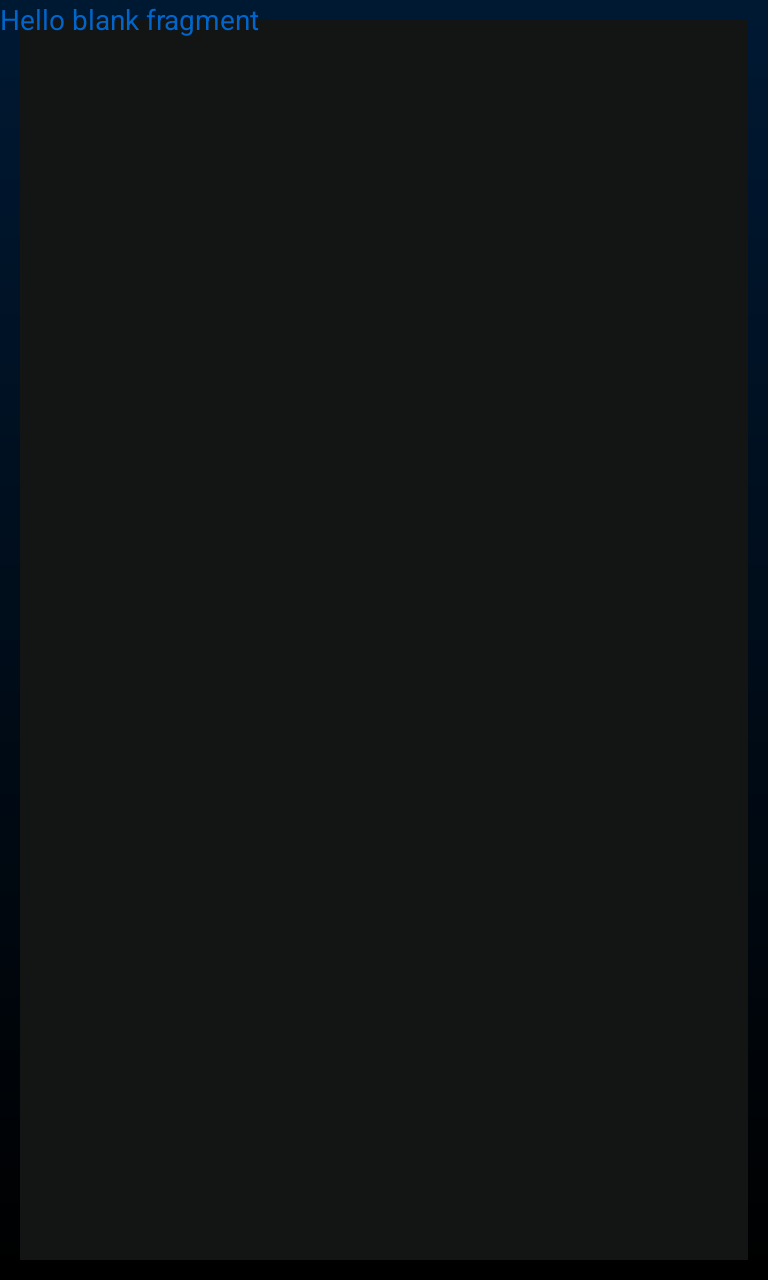
Repository: jasleen1291/B2BMobileApplication
Layout: Mobile E Commerce/B2B/res/layout/fragment_my_supplier.xml
An editor plug-in stored every save of this project. The layout is shown before and after the next save, followed by the edit.
It is drawn on a 768 x 1280 px phone screen (xhdpi) without system bars, with theme mycustomtheme; the app's code is not run.

Above is the layout before, as saved 2013-05-28 12:02:02.

After the next save:
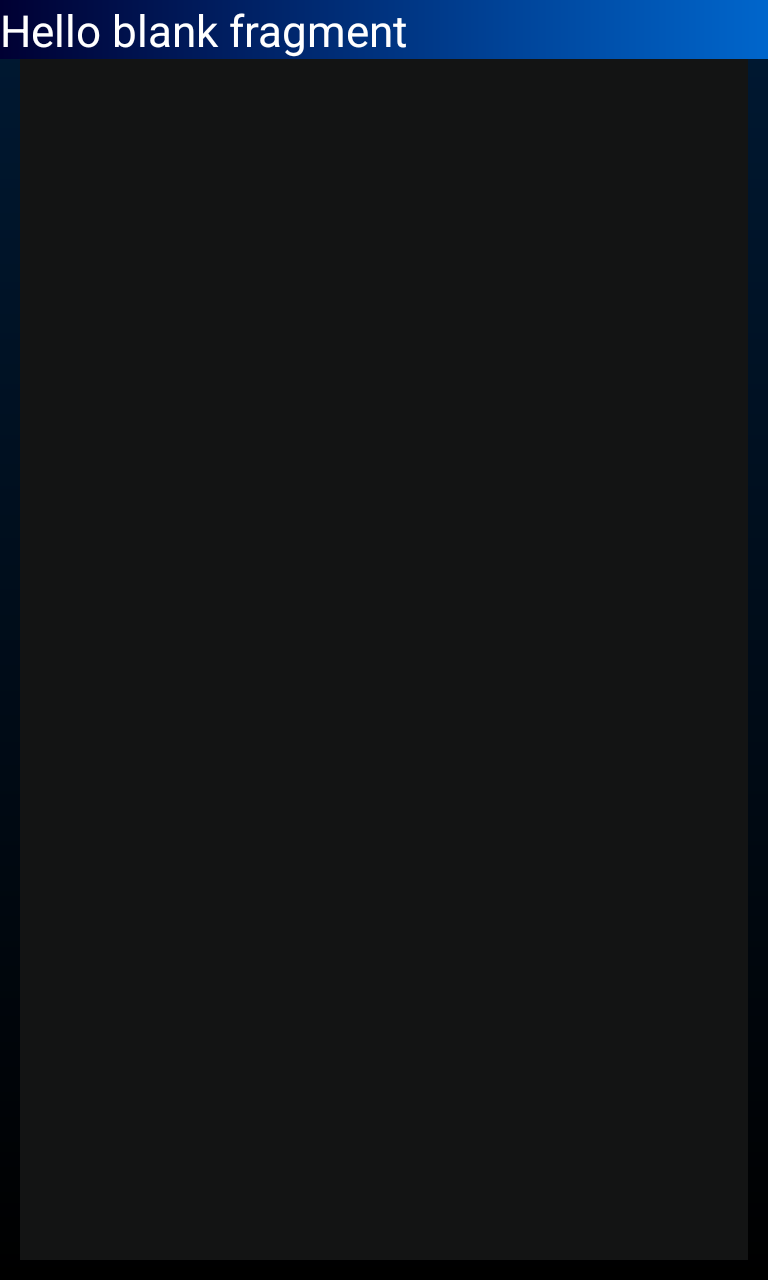
Saved 19 s later.
--- a/Mobile E Commerce/B2B/res/layout/fragment_my_supplier.xml
+++ b/Mobile E Commerce/B2B/res/layout/fragment_my_supplier.xml
@@ -7,8 +7,7 @@
     <!-- TODO: Update blank fragment layout -->
 
     <TextView
-        android:layout_width="match_parent"
-        android:layout_height="match_parent"
+	    style="@style/titlebarstyle"
         android:text="@string/hello_blank_fragment" />
 
 </FrameLayout>
